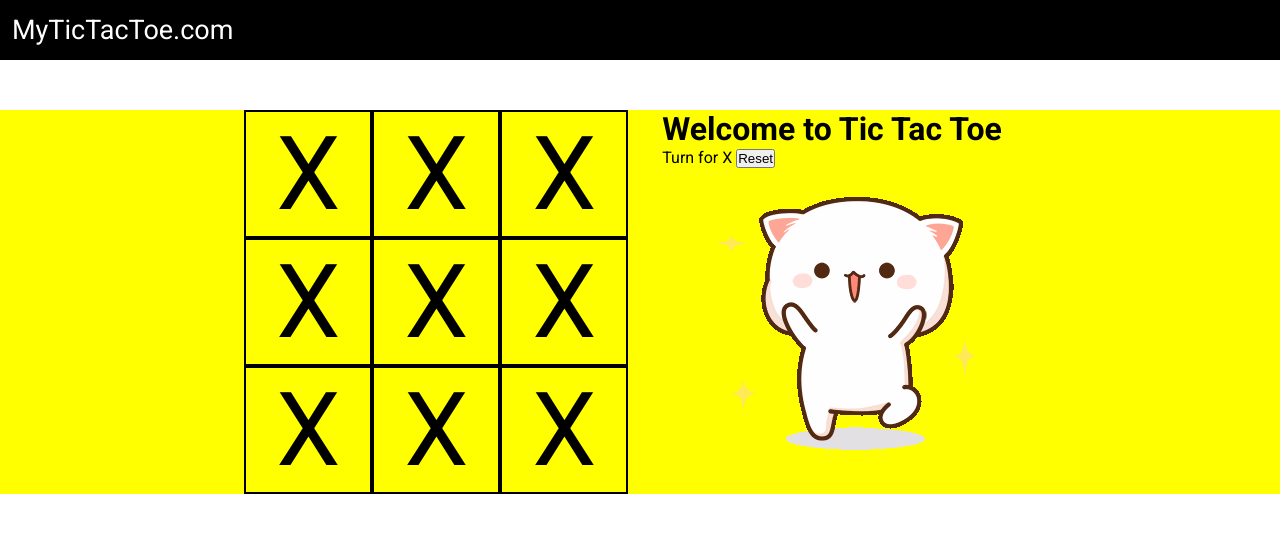
Repository: AshwinUgale/TicTacToe
Page: index.html
The author's editor kept a copy of each file at every save. The page is drawn from the files as they stood at one save, then again after the next save.
The browser window is 1280 px wide. The pictures show the whole page.

Above is the page before, as saved 2024-12-19 09:57:36.

### index.html
<!DOCTYPE html>
<html lang="en">
<head>
  <meta charset="UTF-8">
  <meta name="viewport" content="width=device-width, initial-scale=1.0">
  <title>Tic Tac Toe</title>
  <link rel="stylesheet" href="style.css">
</head>
<body>
    <nav>
      <ul>
        <li>MyTicTacToe.com</li>
      </ul>
    </nav>
    <div class="gameContainer">
      <div class="container">
        <div class="box"><span class="boxtext">X</span></div>
        <div class="box"><span class="boxtext">X</span></div>
        <div class="box"><span class="boxtext">X</span></div>
        <div class="box"><span class="boxtext">X</span></div>
        <div class="box"><span class="boxtext">X</span></div>
        <div class="box"><span class="boxtext">X</span></div>
        <div class="box"><span class="boxtext">X</span></div>
        <div class="box"><span class="boxtext">X</span></div>
        <div class="box"><span class="boxtext">X</span></div>
      </div>
      <div class="gameInfo">
        <h1>Welcome to Tic Tac Toe</h1>
        <div>
          <span class="info">Turn for X</span>
          <button id="reset">Reset</button>
        </div>
        <div class="imgbox">
          <img src="excited.gif" alt="" srcset="">
        </div>
      </div>
    </div>
    <script src="script.js"></script>
</body>
</html>
<link rel="stylesheet"

### style.css
@import url('https://fonts.googleapis.com/css2?family=Roboto:ital,wght@0,100;0,300;0,400;0,500;0,700;0,900;1,100;1,300;1,400;1,500;1,700;1,900&display=swap');

*{
    margin: 0;
    padding: 0;
}

nav {
    background-color: black;
    color: white;
    height: 60px;
    font-size: 27px;
    display: flex;
    align-items: center;
    padding: 0 12px;
    font-family: "Roboto", serif;
}

nav ul{
    list-style-type: none;
}

.gameContainer{
    background-color: yellow;
    display: flex;
    justify-content: center;
    margin-top: 50px;
}

.container{
    display: grid;
    grid-template-rows: repeat(3,10vw);
    grid-template-columns: repeat(3,10vw);
    font-family:"Roboto", serif;
}

.box{
    border: 2px solid black;
    font-size: 8vw;
    cursor: pointer;
    display: flex;
    justify-content: center;
    align-items: center;
}

.box:hover{
    background-color: rgb(156, 121, 189);
}

.gameInfo{
    padding: 0 34px;
    font-family:"Roboto", serif;
}

Loaded but not shown: script.js (no stored copy; drawn as an empty file)

After the next save:
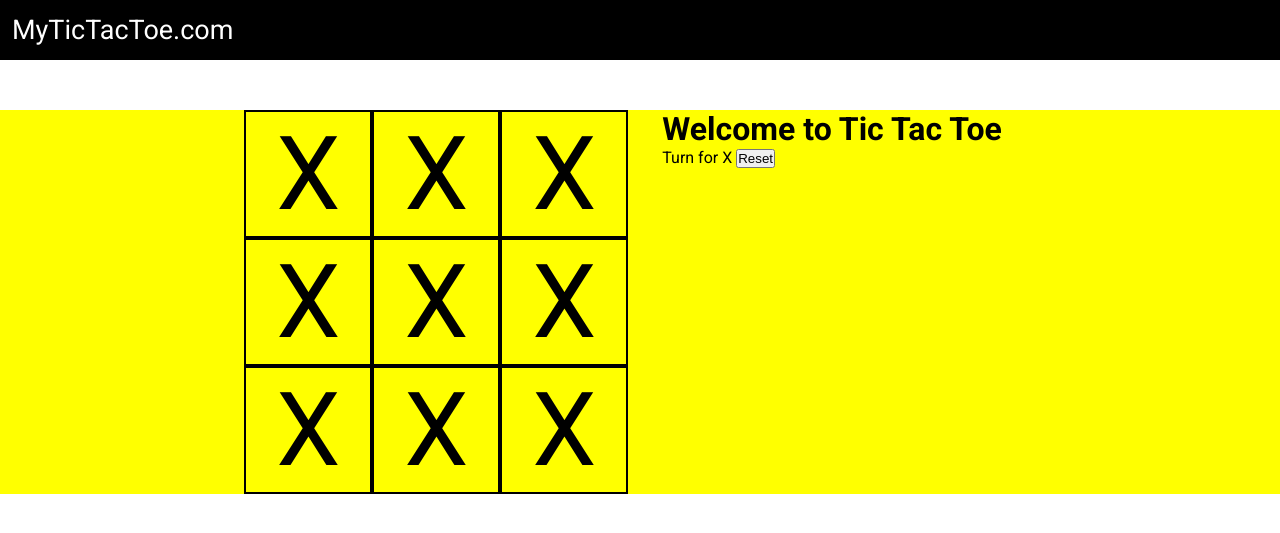
Saved 24 s later.
--- a/style.css
+++ b/style.css
@@ -51,3 +51,7 @@ nav ul{
     padding: 0 34px;
     font-family:"Roboto", serif;
 }
+
+.imgbox img{
+    display: none;
+}
